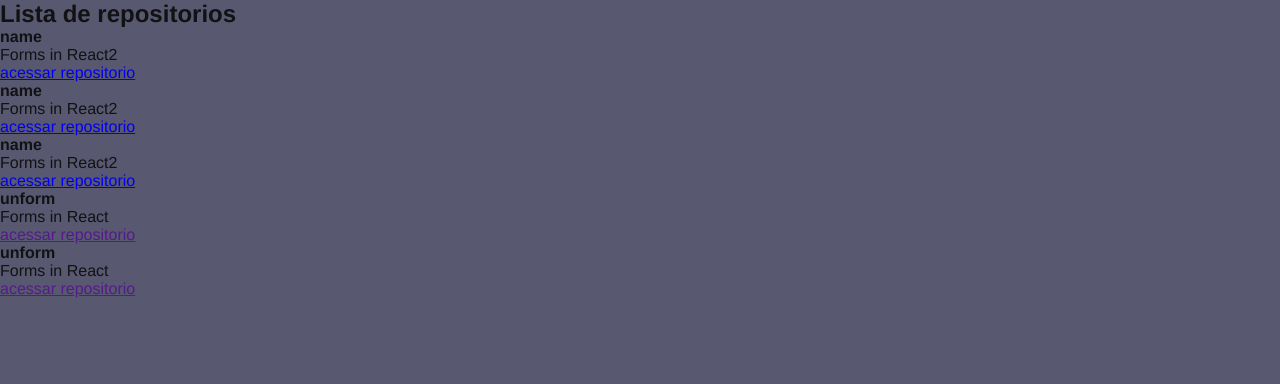
Repository: niltonmalves/01-githug-explorer
Page: /
These files come from the project's save history. The page is drawn as it stood at one moment and after the next save; the edit follows.
The browser window is 1280 px wide. The pictures show the whole page.
The project was rebuilt for these pictures with package versions that can differ from the ones it lists, and the page was loaded fresh each time. Also part of the build but not shown: webpack.config.js.

Above is the page before, as saved 2022-01-06 15:00:43.

After the next save:
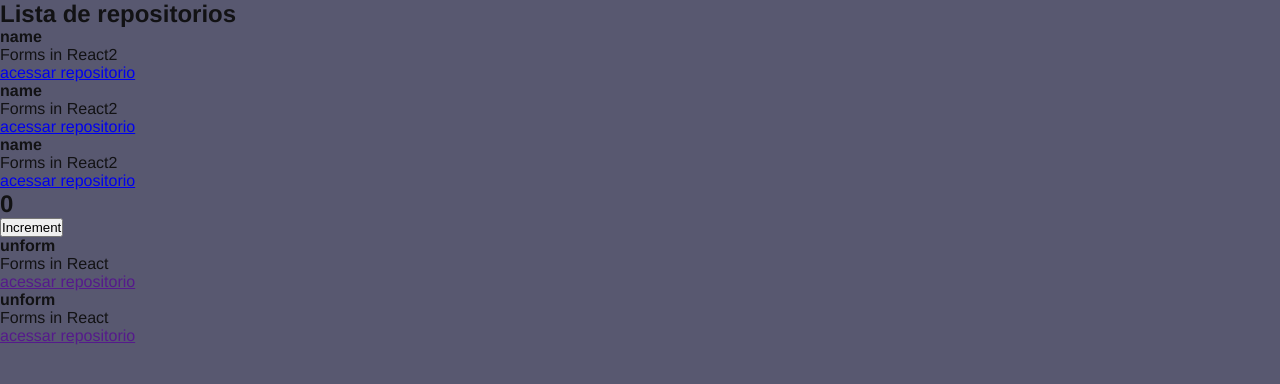
Saved 34 s later.
--- a/src/components/RepositoryList.jsx
+++ b/src/components/RepositoryList.jsx
@@ -1,3 +1,4 @@
+import { Counter } from "./Counter";
 import { RepositoryItem } from "./RepositoryItem";
 
 const repositoryName = 'unform2';
@@ -15,6 +16,7 @@ export function RepositoryList() {
         <RepositoryItem respository={repository}/>
         <RepositoryItem respository={repository}/>
         <RepositoryItem respository={repository}/>
+        <Counter />
 
           <li>
               <strong>unform</strong>
